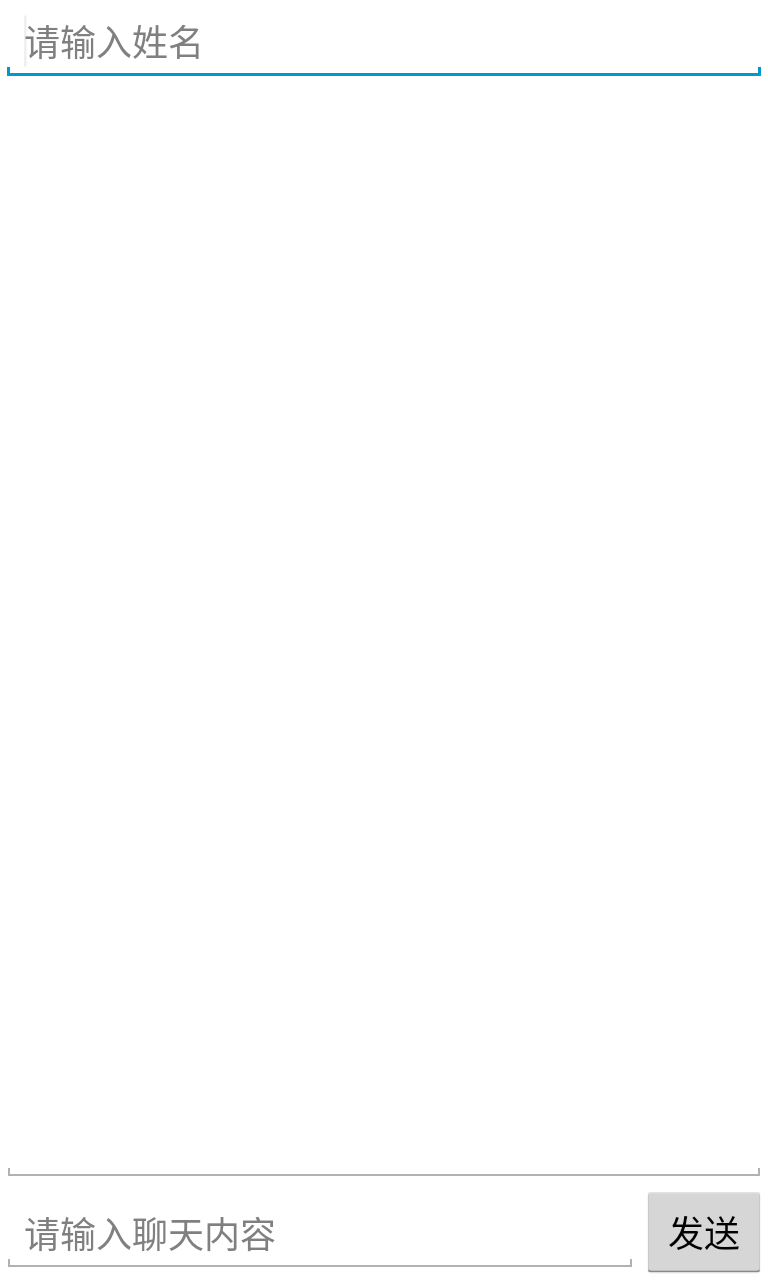
Repository: hufeiya/ChatClient
Layout: ChatClient/res/layout/main.xml
These files come from the project's save history. The layout is drawn as it stood at one moment and after the next save; the edit follows.
It is drawn on a 768 x 1280 px phone screen (xhdpi) without system bars, with theme AppTheme; the app's code is not run.

Above is the layout before, as saved 2014-05-20 10:10:22.

### ChatClient/res/layout/main.xml
<?xml version="1.0" encoding="utf-8"?>
<LinearLayout xmlns:android="http://schemas.android.com/apk/res/android"
    android:layout_width="match_parent"
    android:layout_height="match_parent"
    android:orientation="vertical" >

    <EditText
        android:id="@+id/name"
        android:layout_width="match_parent"
        android:layout_height="wrap_content"
        android:ems="10"
        android:inputType="textPersonName"
        android:hint="请输入姓名" >

        <requestFocus />
    </EditText>

    <EditText
        android:id="@+id/editText3"
        android:layout_width="match_parent"
        android:layout_height="wrap_content"
        android:layout_weight="0.65"
        android:ems="10"
        android:inputType="textMultiLine" />

	<LinearLayout
	    android:layout_width="match_parent"
	    android:layout_height="wrap_content" >

	    <EditText
	        android:id="@+id/sentence"
	        android:layout_width="wrap_content"
	        android:layout_height="wrap_content"
	        android:layout_weight="0.28"
	        android:hint="请输入聊天内容" />

	    <Button
	        android:id="@+id/send"
	        android:layout_width="wrap_content"
	        android:layout_height="wrap_content"
	        android:text="发送" />
	</LinearLayout>

</LinearLayout>

Loaded but not shown: ChatClient/res/values/styles.xml (common file); ChatClient/res/values-v11/styles.xml (common file); ChatClient/res/values-v14/styles.xml (common file)

After the next save:
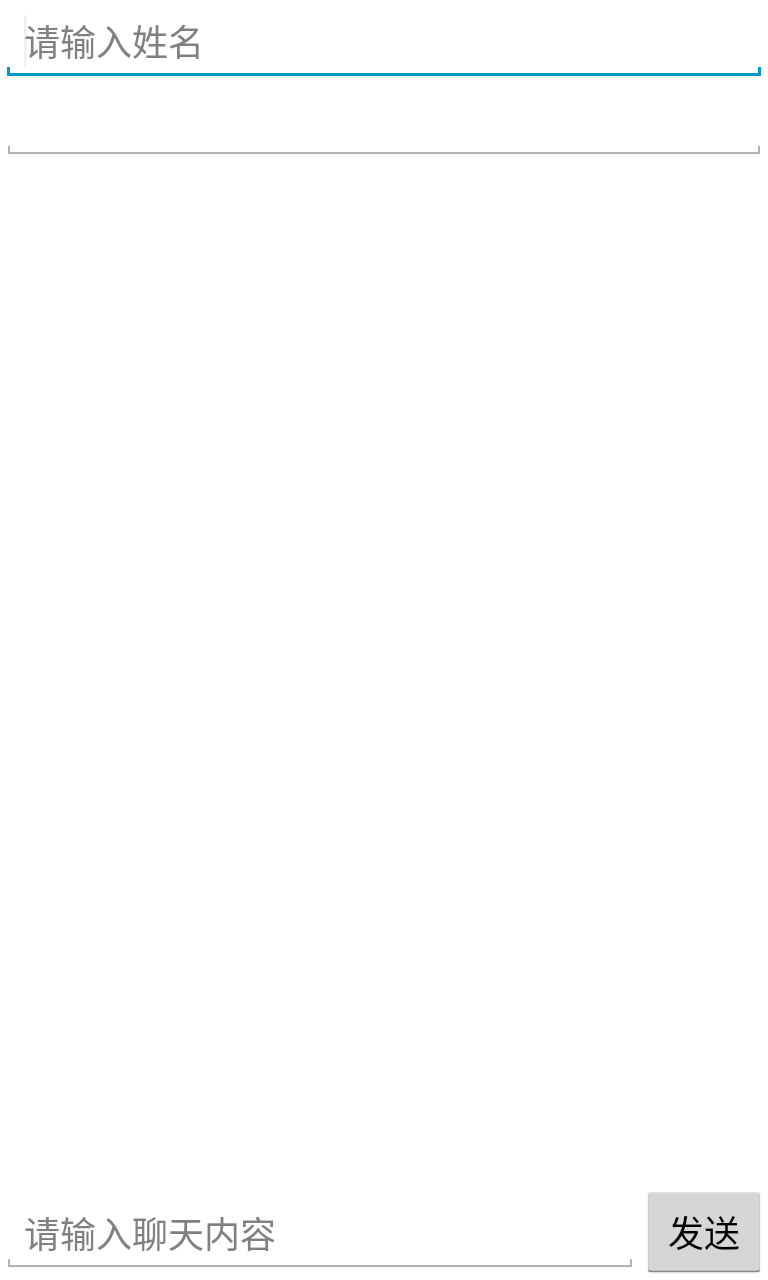
Saved 18 min 43 s later.
--- a/ChatClient/res/layout/main.xml
+++ b/ChatClient/res/layout/main.xml
@@ -15,13 +15,27 @@
         <requestFocus />
     </EditText>
 
-    <EditText
+    <ScrollView
+        android:id="@+id/scrollView1"
+        android:layout_width="match_parent"
+        android:layout_height="wrap_content"
+        android:layout_weight="0.65">
+
+        <LinearLayout
+            android:layout_width="match_parent"
+            android:layout_height="229dp"
+            android:orientation="vertical" >
+             <EditText
         android:id="@+id/editText3"
         android:layout_width="match_parent"
         android:layout_height="wrap_content"
-        android:layout_weight="0.65"
+
         android:ems="10"
         android:inputType="textMultiLine" />
+        </LinearLayout>
+    </ScrollView>
+
+
 
 	<LinearLayout
 	    android:layout_width="match_parent"

After the 5 saves that followed:
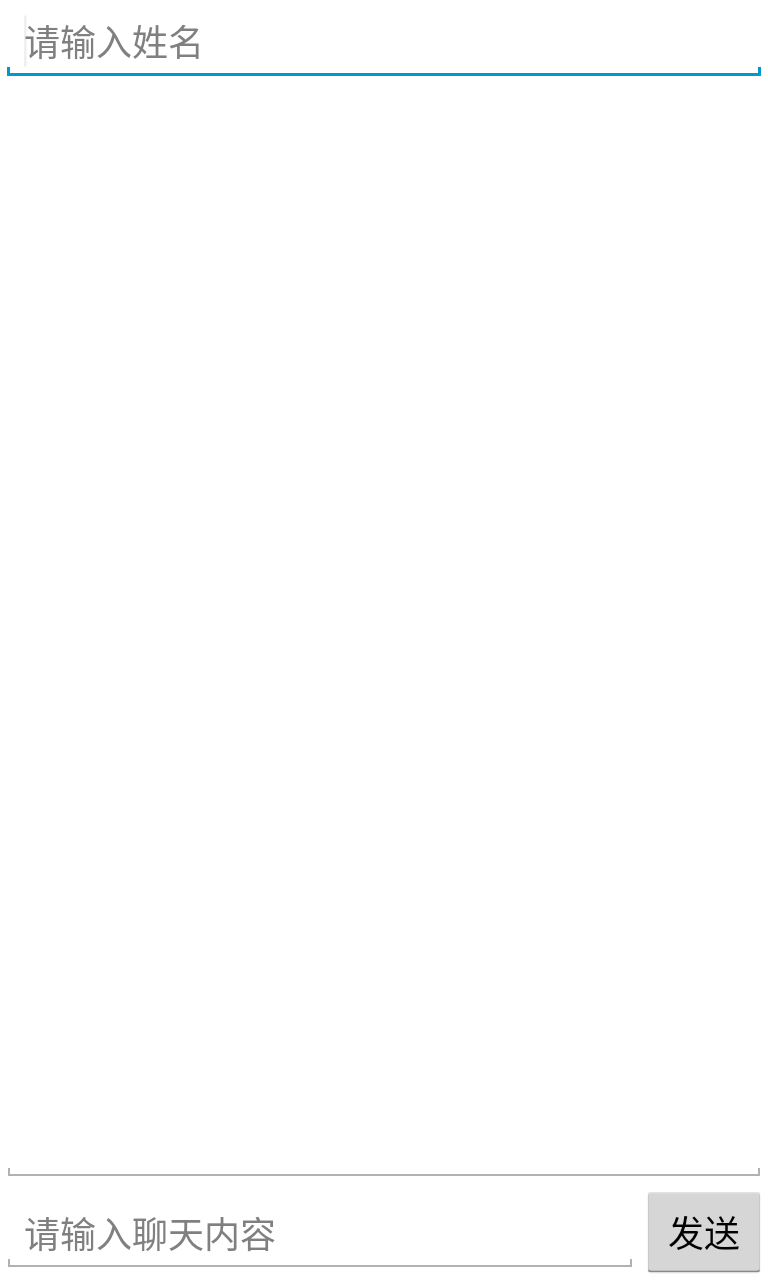
The 5 saves are shown as one change because 4 left the picture as it was.
The last was saved 4 min 35 s later.
--- a/ChatClient/res/layout/main.xml
+++ b/ChatClient/res/layout/main.xml
@@ -16,22 +16,24 @@
     </EditText>
 
     <ScrollView
+        android:fillViewport="true"
         android:id="@+id/scrollView1"
         android:layout_width="match_parent"
-        android:layout_height="wrap_content"
+        android:layout_height="match_parent"
         android:layout_weight="0.65">
 
         <LinearLayout
             android:layout_width="match_parent"
-            android:layout_height="229dp"
+            android:layout_height="match_parent"
             android:orientation="vertical" >
+
              <EditText
-        android:id="@+id/editText3"
-        android:layout_width="match_parent"
-        android:layout_height="wrap_content"
+                 android:id="@+id/editText3"
+                 android:layout_width="match_parent"
+                 android:layout_height="match_parent"
+                 android:ems="10"
+                 android:inputType="textMultiLine" />
 
-        android:ems="10"
-        android:inputType="textMultiLine" />
         </LinearLayout>
     </ScrollView>
 
